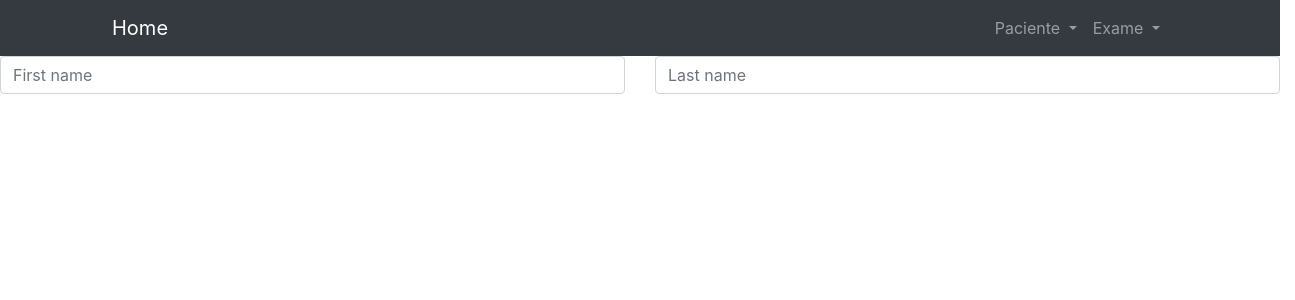
Repository: noobDevPRB/struts2_project
Page: http://localhost/Projeto_SOCTest/
An editor plug-in stored every save of this project. The page is shown before and after the next save, followed by the edit.
The browser window is 1280 px wide. The page is 1295 px wide, then 1280 px, so the pictures cover 1295 px, including what lies to the right of the window. The pictures show the whole page.
The page is served by Tomcat 9. Nobody is signed in. The application's start-up code is not run.

Above is the page before, as saved 2020-10-17 18:26:21.

After the next save:
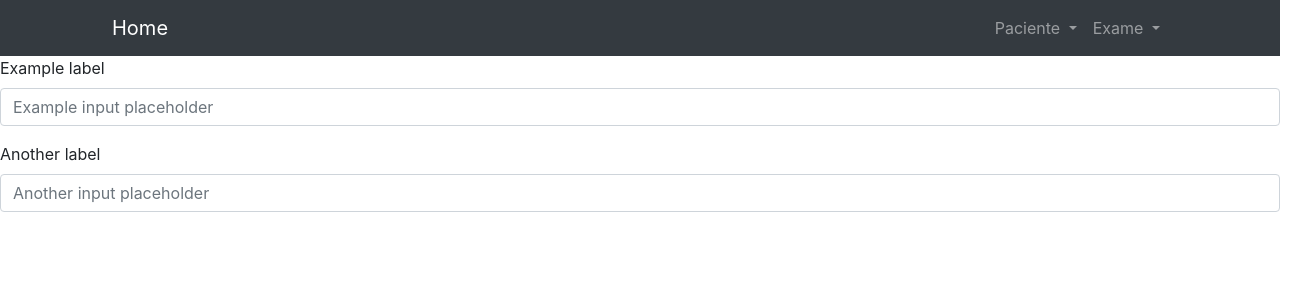
Saved 6 min 19 s later.
--- a/Projeto_SOCTest/WebContent/index.jsp
+++ b/Projeto_SOCTest/WebContent/index.jsp
@@ -39,15 +39,16 @@
 		</div>
 	</nav>
 
-	<form>
-  <div class="row">
-    <div class="col">
-      <input type="text" class="form-control" placeholder="First name">
-    </div>
-    <div class="col">
-      <input type="text" class="form-control" placeholder="Last name">
-    </div>
+<form>
+  <div class="form-group">
+    <label for="formGroupExampleInput">Example label</label>
+    <input type="text" class="form-control" id="formGroupExampleInput" placeholder="Example input placeholder">
   </div>
+  <div class="form-group">
+    <label for="formGroupExampleInput2">Another label</label>
+    <input type="text" class="form-control" id="formGroupExampleInput2" placeholder="Another input placeholder">
+  </div>
+</form>
 </form>
 	<!--<div class="container">
 		<div class="row">
